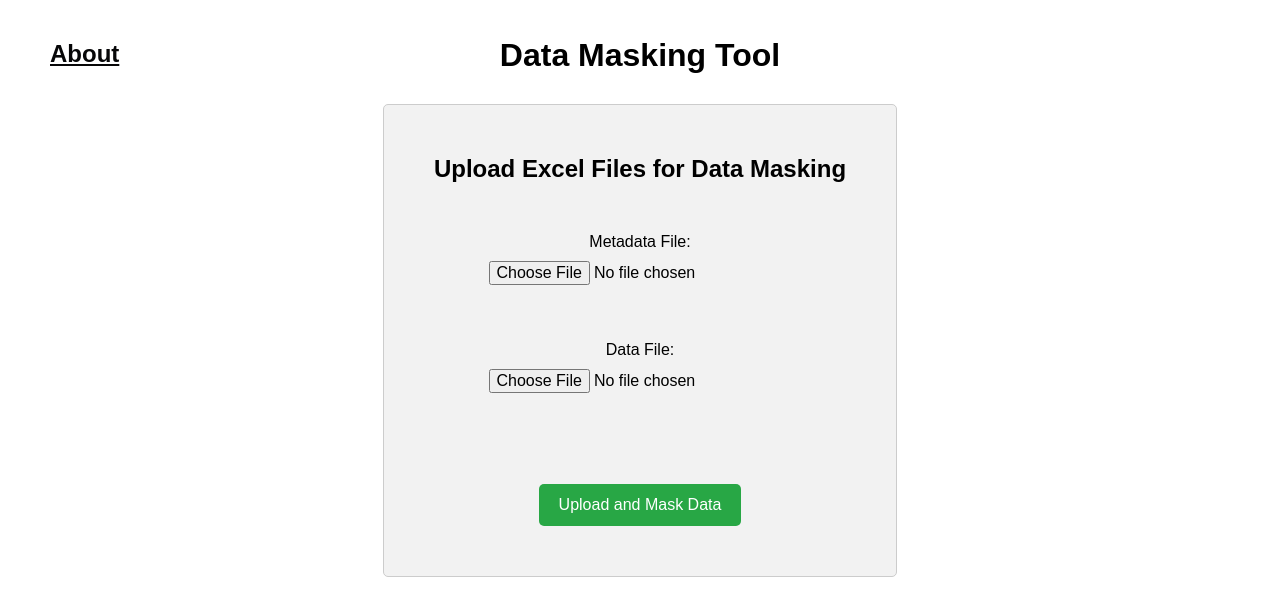
Repository: prithika12/DataMasking_Tool
Page: index.html
The author's editor kept a copy of each file at every save. The page is drawn from the files as they stood at one save, then again after the next save.
The browser window is 1280 px wide. The pictures show the whole page.

Above is the page before, as saved 2024-07-21 19:09:40.

### index.html
<!DOCTYPE html>
<html>
<head>
    <title>Data Masking Tool</title>
    <link rel="stylesheet" type="text/css" href="styles.css">
</head>
<body>
    <h1>Data Masking Tool</h1>
    <div class="container">
        <h2>Upload Excel Files for Data Masking</h2>
        <form action="/uploader" method="post" enctype="multipart/form-data">
            <label for="metadata_file">Metadata File:</label>
            <input type="file" name="file1" accept=".xlsx" required>
            <br><br>
            <label for="data_file">Data File:</label>
            <input type="file" name="file2" accept=".xlsx" required>
            <br><br>
            <button type="submit">Upload and Mask Data</button>
        </form>
    </div>
    <div class="about-link">
        <a href="https://github.com/prithika12/DataMasking_Tool/blob/main/README.md" target="_blank">About</a>
    </div>
</body>
</html>

### styles.css
/* styles.css */
body {
    font-family: Arial, sans-serif;
    display: flex;
    flex-direction: column; /* Align items in a column */
    justify-content: center; /* Center vertically */
    align-items: center; /* Center horizontally */
    height: 80vh; /* Full viewport height */
}
.container {
    max-width: 600px;
    padding: 30px 50px;
    background-color: #f2f2f2;
    border: 1px solid #ccc;
    border-radius: 5px;
    text-align: center; /* Center text inside container */
}
h1 {
    text-align: center; /* Center text */
    margin-bottom: 30px;
}
h2 {
    text-align: center;
    margin-bottom: 50px;
}
input[type="file"] {
    display: block;
    font-size: medium;
    margin: 20px auto;
    margin-top: 10px;
}
button {
    display: block;
    margin: 20px auto;
    font-size: medium;
    margin-top: 35px;
    padding: 12px 20px;
    background-color: #28a745;
    color: white;
    border: none;
    border-radius: 5px;
    cursor: pointer;
}
button:hover {
    background-color: #218838;
}
.about-link {
    position: absolute;
    top: 20px;
    left: 20px;
    padding: 20px 30px;
}
.about-link a {
    color: #070708;
    font-size: x-large;
    font-weight: bold;
    text-decoration: underline;
}

After the next save:
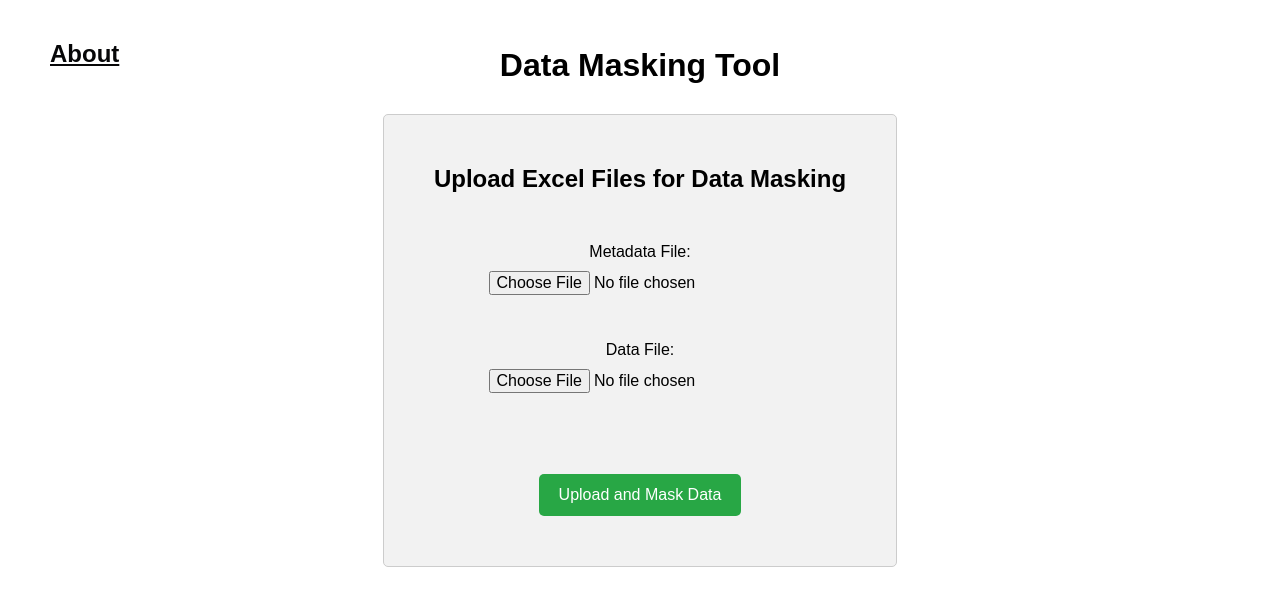
Saved 9 s later.
--- a/styles.css
+++ b/styles.css
@@ -26,7 +26,7 @@ h2 {
 input[type="file"] {
     display: block;
     font-size: medium;
-    margin: 20px auto;
+    margin: 10px auto;
     margin-top: 10px;
 }
 button {
